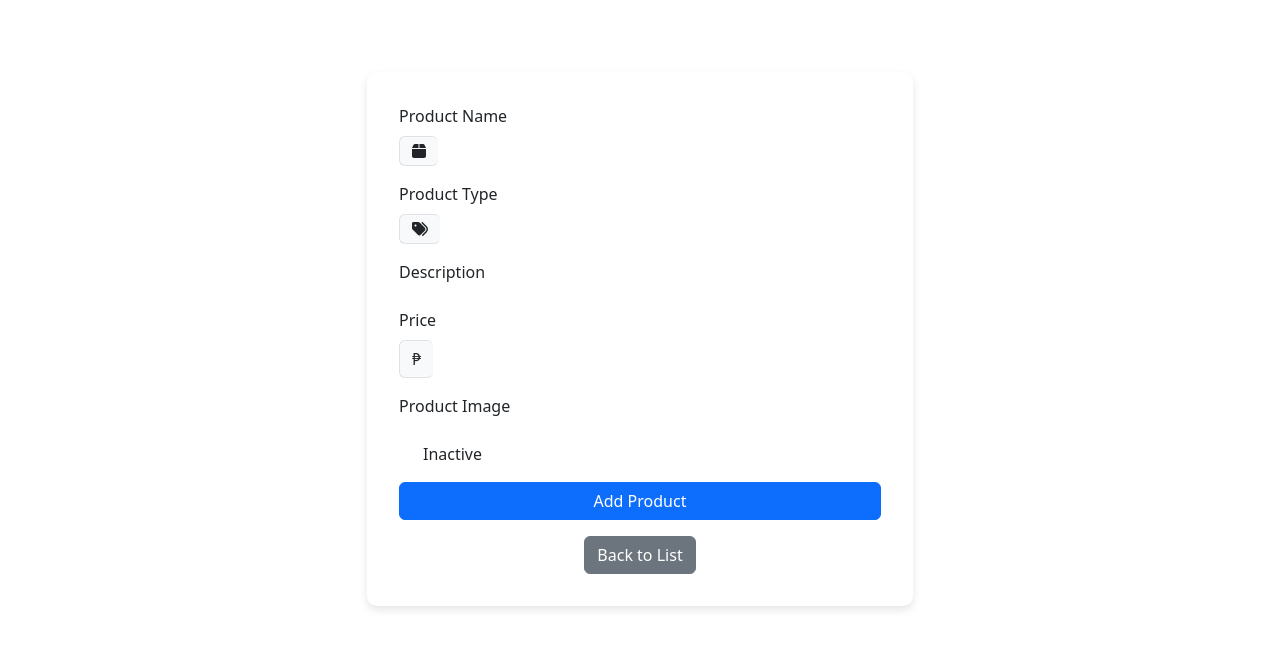
Repository: Jijiluzana225/indahagdelivery.com
Page: store/templates/store/product_form.html
The author's editor kept a copy of each file at every save. The page is drawn from the files as they stood at one save, then again after the next save.
The browser window is 1280 px wide. The pictures show the whole page.
The template is drawn by Django 5.2. The application's start-up code is not run. Other server files are loaded and not shown. The template is opened directly, without the code that normally fills it, so the values that code supplies are empty.

Above is the page before, as saved 2025-01-22 14:41:25.

### store/templates/store/product_form.html
<!DOCTYPE html>
<html lang="en">
<head>
    <meta charset="UTF-8">
    <meta name="viewport" content="width=device-width, initial-scale=1.0">
    <title>{{ title }}</title>
    <link href="https://cdn.jsdelivr.net/npm/bootstrap@5.3.0-alpha3/dist/css/bootstrap.min.css" rel="stylesheet">
    <link rel="stylesheet" href="https://cdnjs.cloudflare.com/ajax/libs/font-awesome/6.0.0-beta3/css/all.min.css">
    <style>
        /* Card styling */
        .form-container {
            background-color: #ffffff;
            border-radius: 10px;
            box-shadow: 0 4px 8px rgba(0, 0, 0, 0.1);
            padding: 2rem;
        }

        /* Button hover effect */
        .btn-primary:hover {
            background-color: #0056b3;
            border-color: #004da0;
        }

        /* Input field styling */
        .form-control:focus {
            box-shadow: 0 0 5px rgba(0, 123, 255, 0.5);
            border-color: #80bdff;
        }

        /* Icon inside input */
        .input-group-text {
            background-color: #f8f9fa;
            border-right: none;
        }

        .form-control {
            border-left: none;
        }

        textarea {
            max-width: 100%;
            min-width`150 insert px px;}`.


    </style>
</head>
<body>
    <div class="container py-5">
        <h1 class="text-center mb-4">{{ title }}</h1>
        <div class="row justify-content-center">
            <div class="col-12 col-sm-10 col-md-8 col-lg-6">
                <div class="form-container">
                    <form method="POST" enctype="multipart/form-data">
                        {% csrf_token %}

                        <!-- Name Field -->
                        <div class="mb-3">
                            <label for="id_name" class="form-label">Product Name</label>
                            <div class="input-group">
                                <span class="input-group-text"><i class="fas fa-box"></i></span>
                                {{ form.name }}
                            </div>
                        </div>

                        <!-- Type Field -->
                        <div class="mb-3">
                            <label for="id_type" class="form-label">Product Type</label>
                            <div class="input-group">
                                <span class="input-group-text"><i class="fas fa-tags"></i></span>
                                {{ form.type }}
                            </div>
                        </div>

                        <!-- Description Field -->
                        <div class="mb-3">
                            <label for="id_description" class="form-label">Description</label>
                            <div>
                                {{ form.description }}
                            </div>
                        </div>

                        <!-- Price Field -->
                        <div class="mb-3">
                            <label for="id_price" class="form-label">Price</label>
                            <div class="input-group">
                                <span class="input-group-text">₱</span>
                                {{ form.price }}
                            </div>
                        </div>

                        <!-- Picture Field -->
                        <div class="mb-3">
                            <label for="id_picture" class="form-label">Product Image</label>
                            {{ form.picture }}
                        </div>

                        <!-- Active Field -->
                        <div class="mb-3 form-check">
                            {{ form.active }}
                            <label for="id_active" class="form-check-label">Inactive</label>
                        </div>

                        <!-- Submit Button -->
                        <button type="submit" class="btn btn-primary w-100">
                            {% if product %} Update Product {% else %} Add Product {% endif %}
                        </button>
                    </form>
                    <div class="text-center mt-3">
                        <a href="{% url 'product_list' %}" class="btn btn-secondary">Back to List</a>
                    </div>
                </div>
            </div>
        </div>
    </div>
    <script src="https://cdn.jsdelivr.net/npm/bootstrap@5.3.0-alpha3/dist/js/bootstrap.bundle.min.js"></script>
    <script src="https://cdnjs.cloudflare.com/ajax/libs/font-awesome/6.0.0-beta3/js/all.min.js"></script>
</body>
</html>

After the next save:
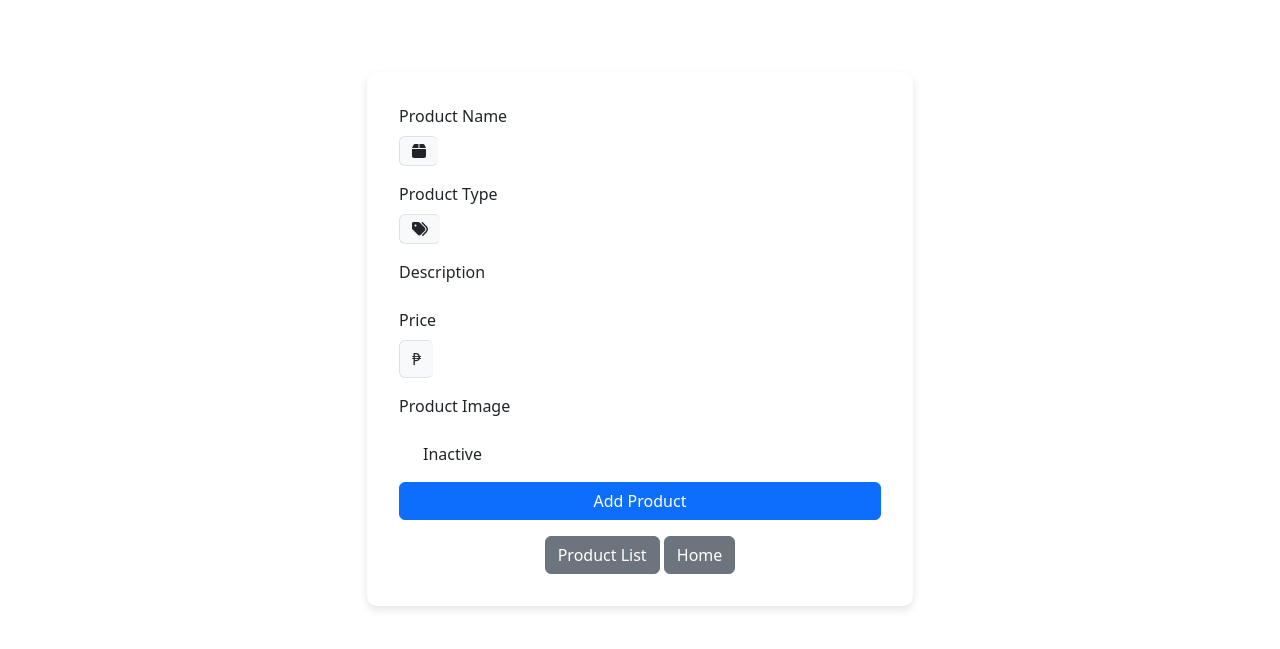
Saved 93 s later.
--- a/store/templates/store/product_form.html
+++ b/store/templates/store/product_form.html
@@ -106,7 +106,7 @@
                         </button>
                     </form>
                     <div class="text-center mt-3">
-                        <a href="{% url 'product_list' %}" class="btn btn-secondary">Back to List</a>
+                        <a href="{% url 'product_list' %}" class="btn btn-secondary">Product List</a> <a href="{% url 'store_list' %}" class="btn btn-secondary">Home</a>
                     </div>
                 </div>
             </div>
